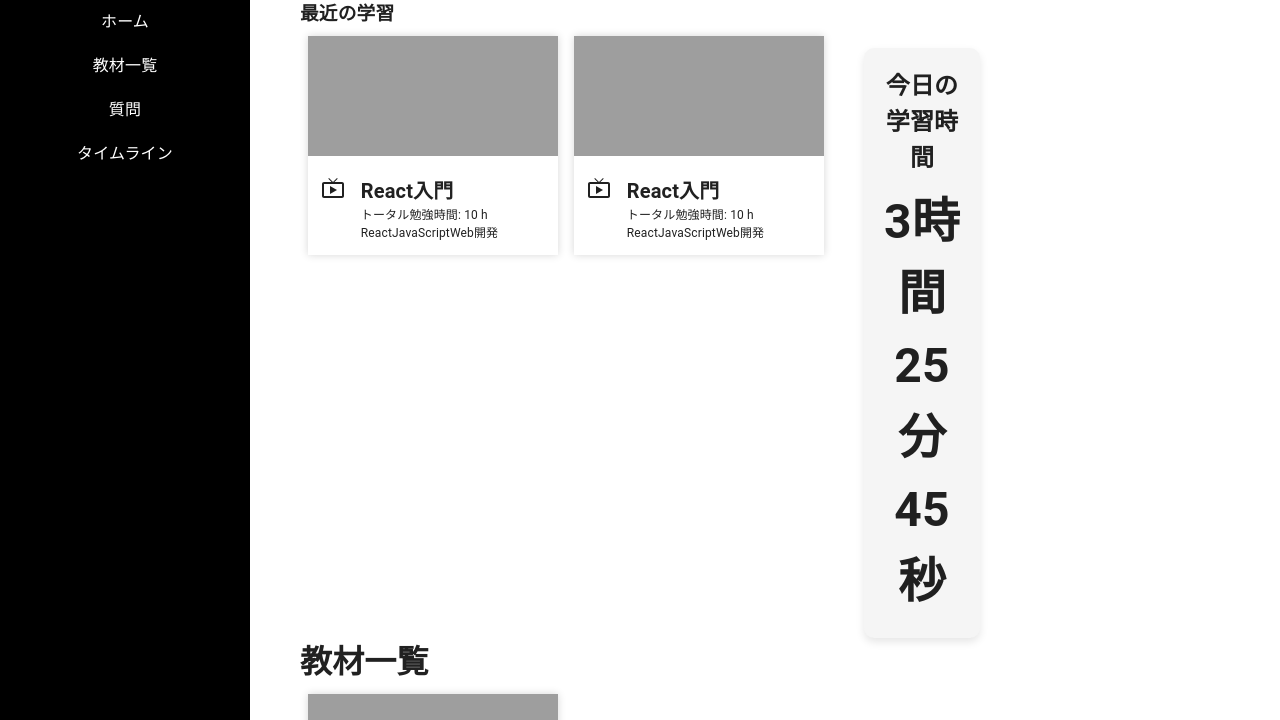
Repository: amatech-repo/engineer-plusplus
Page: / (app in frontend/)
The author's editor kept a copy of each file at every save. The page is drawn from the files as they stood at one save, then again after the next save.
The browser window is 1280 px wide. The pictures show the whole page.
Pictures or frames that could not be fetched are drawn as grey boxes. An inner scrolling area shows only its first screen. The project was rebuilt for these pictures with package versions that can differ from the ones it lists, and the page was loaded fresh each time. The framework's server and built-in components were replaced by stand-ins that run in the browser.

Above is the page before, as saved 2023-04-23 18:48:23.

After the next save:
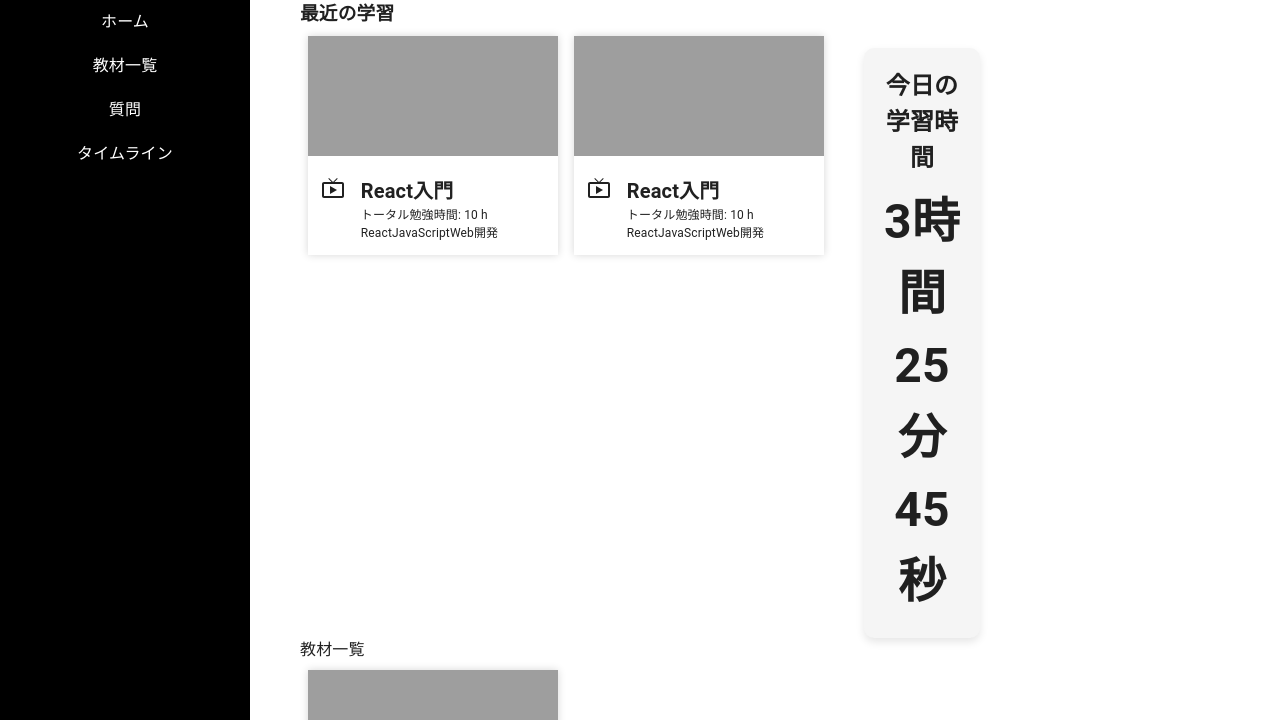
Saved 10 s later.
--- a/frontend/src/components/MaterialsList/index.tsx
+++ b/frontend/src/components/MaterialsList/index.tsx
@@ -4,7 +4,7 @@ import Card from "../Card";
 const MaterialList = () => {
   return (
     <>
-      <h1>教材一覧</h1>
+      <>教材一覧</>
       <CardContainer>
         <ContainerContent>
           <Card title="React入門" totalStudyTime={10} tag={["React", "JavaScript", "Web開発"]} />
